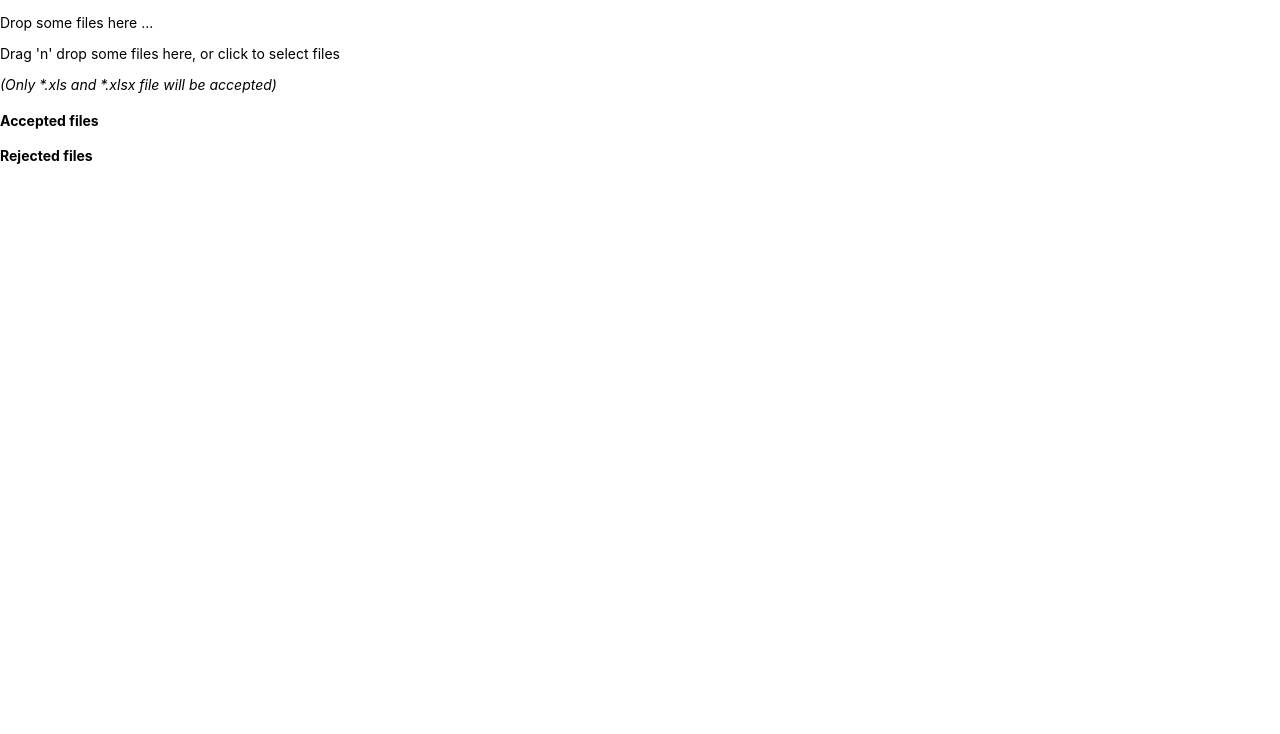
Repository: enigmawxy/abi2020
Page: /
An editor plug-in stored every save of this project. The page is shown before and after the next save, followed by the edit.
The browser window is 1280 px wide. The pictures show the whole page.
The project was rebuilt for these pictures with package versions that can differ from the ones it lists, and the page was loaded fresh each time. Also part of the build but not shown: src/components/login/login.scss, src/components/login/login.jsx, src/common/header.scss, src/common/header.jsx, src/common/footer.scss, src/common/footer.jsx, src/components/register/content.scss, src/components/register/content.jsx and 3 more.

Above is the page before, as saved 2020-08-19 08:58:33.

### src/App.js
import React from 'react';
import './App.css';
import Login from './components/login/login'
import Register from './components/register/register';
import Accept from './common/Accept';
import Previews from './common/Previews'

function App() {
  return (
    <div className="App">
      <Accept/>
    </div>
  );
}

export default App;

### src/common/Accept.jsx
import React from 'react';
import {useDropzone} from 'react-dropzone';

function Accept(props) {
  const {
    acceptedFiles,
    fileRejections,
    getRootProps,
    getInputProps,
    isDragActive,
    isDragAccept,
    isDragReject
  } = useDropzone({
    accept: ".csv,application/vnd.ms-excel,application/vnd.openxmlformats-officedocument.spreadsheetml.sheet"
  });

  const acceptedFileItems = acceptedFiles.map(file => {
    // 上传文件
    console.log(file);
    // let serverURL = "http://localhost:9093/manage/bi/uploadExcelTest"
    // const xhr = new XMLHttpRequest();
    // const fd = new FormData();
    // xhr.addEventListener("load", null, false);
    // fd.append("file", file);
    // xhr.open("POST", serverURL, true);
    // xhr.send(fd);

    return (
      <li key={file.path}>
        {file.path} - {file.size} bytes
      </li>
    )
  });

  const fileRejectionItems = fileRejections.map(({ file, errors }) => {
    console.log(file);
    return (
      <li key={file.path}>
        {file.path} - {file.size} bytes
        <ul>
          {errors.map(e => (
            <li key={e.code}>{e.message}</li>
          ))}
        </ul>
      </li>
  )});

  return (
    <section className="container">
      <div {...getRootProps({ className: 'dropzone' })}>
        <input {...getInputProps()} />
        {isDragAccept && (<p>All files will be accepted</p>)}
        {isDragReject && (<p>Some files will be rejected</p>)}
        {!isDragActive && (<p>Drop some files here ...</p>)}
        <p>Drag 'n' drop some files here, or click to select files</p>
        <em>(Only *.xls and *.xlsx file will be accepted)</em>
      </div>
      <aside>
        <h4>Accepted files</h4>
        <ul>{acceptedFileItems}</ul>
        <h4>Rejected files</h4>
        <ul>{fileRejectionItems}</ul>
      </aside>
    </section>
  );
}

export default Accept

### src/common/Accept.scss
.progress-bar {
    border: 1px solid #000;
    .progress {
        width: 0;
        background: #DEDEDE;
        height: 20px;
    }
}

Loaded but not shown: src/index.js (common file); src/index.css (common file); src/serviceWorker.js (common file); src/App.css (common file)

After the next save:
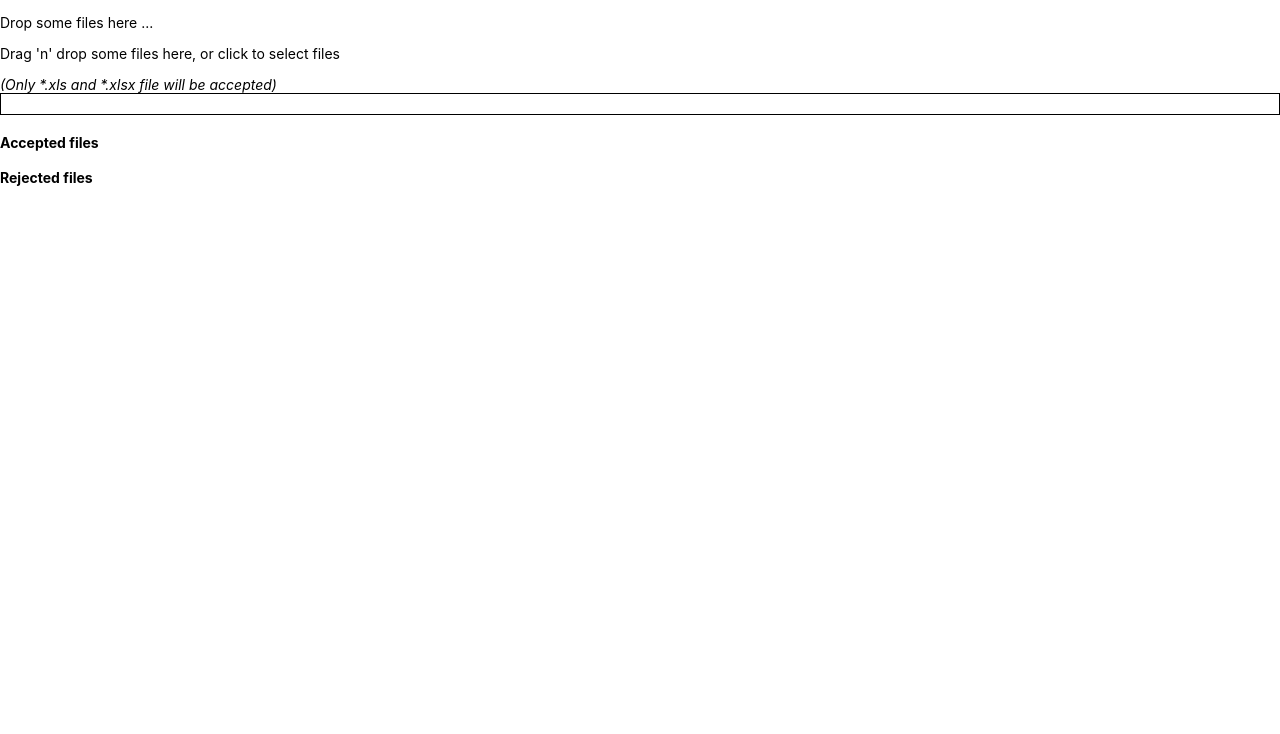
Saved 47 s later.
--- a/src/common/Accept.jsx
+++ b/src/common/Accept.jsx
@@ -1,7 +1,10 @@
-import React from 'react';
+import React, { useState } from 'react';
 import {useDropzone} from 'react-dropzone';
+import './Accept.scss'
 
 function Accept(props) {
+  const [uploaded, setUpload] = useState({uploaded: false})
+
   const {
     acceptedFiles,
     fileRejections,
@@ -17,19 +20,32 @@
   const acceptedFileItems = acceptedFiles.map(file => {
     // 上传文件
     console.log(file);
-    // let serverURL = "http://localhost:9093/manage/bi/uploadExcelTest"
-    // const xhr = new XMLHttpRequest();
-    // const fd = new FormData();
-    // xhr.addEventListener("load", null, false);
-    // fd.append("file", file);
-    // xhr.open("POST", serverURL, true);
-    // xhr.send(fd);
+    let serverURL = "http://localhost:9093/manage/bi/uploadExcelTest"
+    const xhr = new XMLHttpRequest();
+    const fd = new FormData();
+    //xhr.addEventListener("load", null, false);
 
-    return (
-      <li key={file.path}>
-        {file.path} - {file.size} bytes
-      </li>
-    )
+    xhr.onreadystatechange = function() {
+      if (xhr.readyState === 4 && xhr.status === 200) {
+          console.log(xhr.responseText);
+          info.innerHTML = xhr.responseText;
+          return (
+            <li key={file.path}>
+              {file.path} - {file.size} bytes
+            </li>
+          )
+      }
+    };
+
+    xhr.upload.addEventListener("progress", function(event) {
+      if(event.lengthComputable){
+          progress.style.width = Math.ceil(event.loaded * 100 / event.total) + "%";
+      }
+    }, false);
+
+    fd.append("file", file);
+    xhr.open("POST", serverURL, true);
+    xhr.send(fd);
   });
 
   const fileRejectionItems = fileRejections.map(({ file, errors }) => {
@@ -54,6 +70,9 @@
         {!isDragActive && (<p>Drop some files here ...</p>)}
         <p>Drag 'n' drop some files here, or click to select files</p>
         <em>(Only *.xls and *.xlsx file will be accepted)</em>
+        <div class="progress-bar">
+          <div class="progress"  id="progress"></div>
+        </div>
       </div>
       <aside>
         <h4>Accepted files</h4>

After the 4 saves that followed:
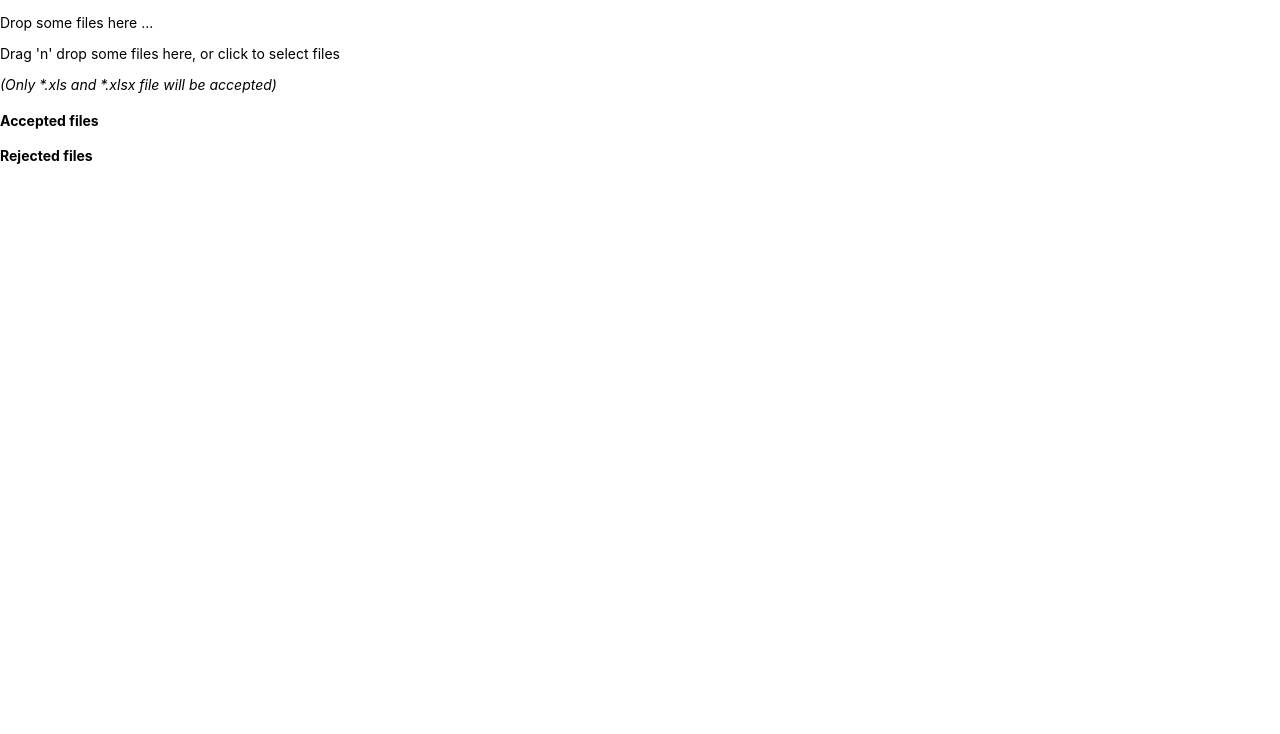
The 4 saves are shown as one change because 1 did not build or start and 2 left the picture as it was.
The last was saved 10 min 6 s later.
--- a/src/common/Accept.jsx
+++ b/src/common/Accept.jsx
@@ -4,6 +4,8 @@
 
 function Accept(props) {
   const [uploaded, setUpload] = useState({uploaded: false})
+  const [progress, setProgress] = useState({progress: "0%"})
+  const [info, setInfo] = useState({info: ""})
 
   const {
     acceptedFiles,
@@ -27,8 +29,8 @@
 
     xhr.onreadystatechange = function() {
       if (xhr.readyState === 4 && xhr.status === 200) {
-          console.log(xhr.responseText);
-          info.innerHTML = xhr.responseText;
+          console.log(xhr.responseText)
+          setInfo(xhr.responseText)
           return (
             <li key={file.path}>
               {file.path} - {file.size} bytes
@@ -39,7 +41,7 @@
 
     xhr.upload.addEventListener("progress", function(event) {
       if(event.lengthComputable){
-          progress.style.width = Math.ceil(event.loaded * 100 / event.total) + "%";
+          setProgress(Math.ceil(event.loaded * 100 / event.total) + "%")
       }
     }, false);
 
@@ -70,9 +72,10 @@
         {!isDragActive && (<p>Drop some files here ...</p>)}
         <p>Drag 'n' drop some files here, or click to select files</p>
         <em>(Only *.xls and *.xlsx file will be accepted)</em>
-        <div class="progress-bar">
-          <div class="progress"  id="progress"></div>
+        {/* <div class="progress-bar">
+          <div class="progress"  id="progress" style="{width: ${progress}}"></div>
         </div>
+        <p id="info" innerHTML={info}></p> */}
       </div>
       <aside>
         <h4>Accepted files</h4>
